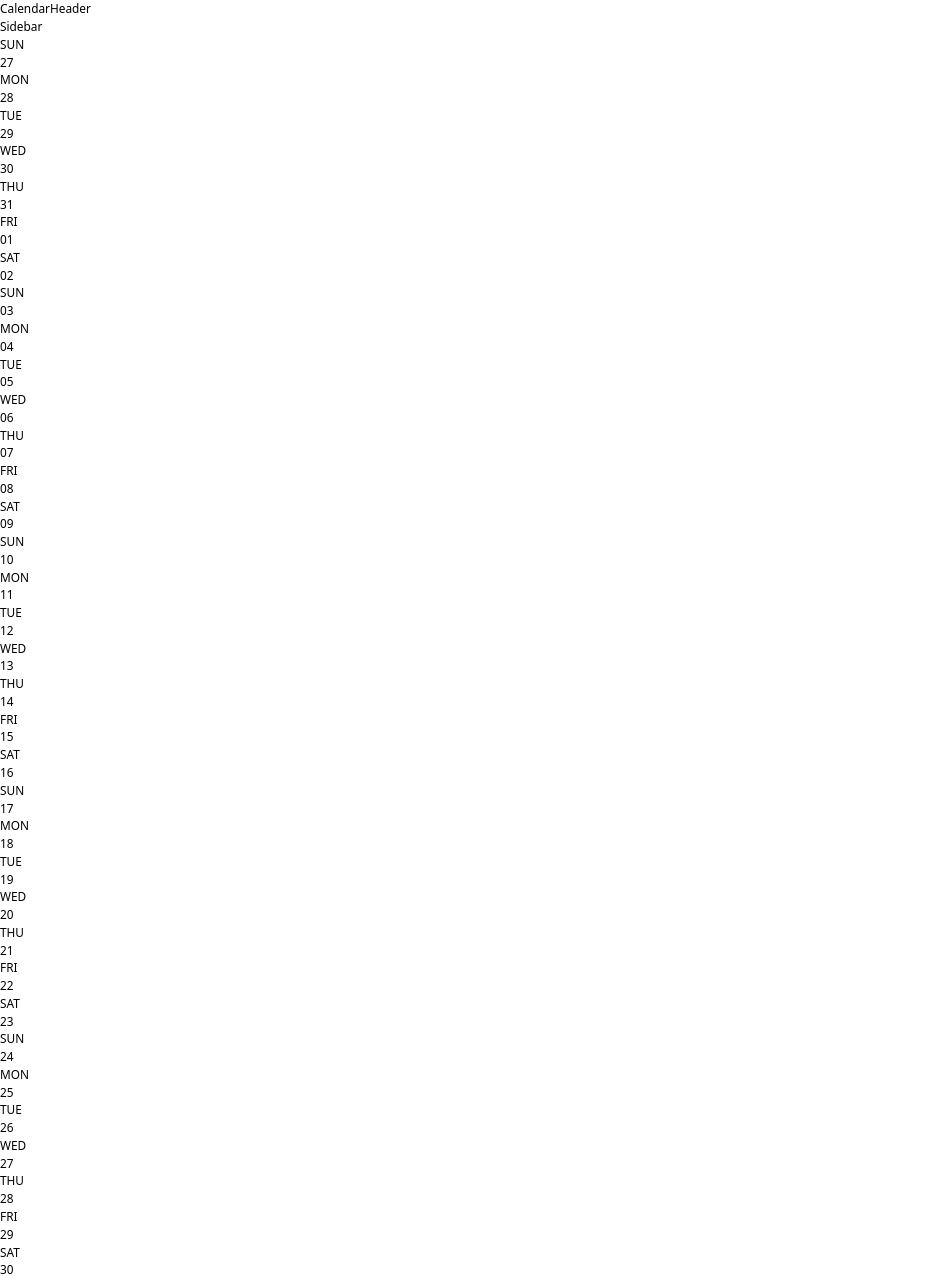
Repository: woojinShim/Google-Calendar-Clone
Page: /
The author's editor kept a copy of each file at every save. The page is drawn from the files as they stood at one save, then again after the next save.
The browser window is 1280 px wide. The pictures show the whole page, at 74% of full size.
The project was rebuilt for these pictures with package versions that can differ from the ones it lists, and the page was loaded fresh each time. Also part of the build but not shown: src/App.css.

Above is the page before, as saved 2022-04-26 01:24:43.

### src/App.js
import React, { useState } from "react";
import "./App.css";
import { getMonth } from "./util";
import CalendarHeader from "./components/CalendarHeader";
import Sidebar from "./components/Sidebar";
import Month from "./components/Month";

function App() {
  const [currentMonth, setCurrentMonth] = useState(getMonth());

  return (
    <React.Fragment>
      <div className="h-screen flex flex-col">
        <CalendarHeader />
        <div className="flex flex-1">
          <Sidebar />
          <Month month={currentMonth} />
        </div>
      </div>
    </React.Fragment>
  );
}

export default App;

### src/util.js
import dayjs from "dayjs";

export function getMonth(month = dayjs().month()) {
  const year = dayjs().year();
  const firstDayOfTheMonth = dayjs(new Date(year, month, 1)).day();
  let currentMonthCount = 0 - firstDayOfTheMonth;
  const daysMatrix = new Array(5).fill([]).map(() => {
    return new Array(7).fill(null).map(() => {
      currentMonthCount++;
      return dayjs(new Date(year, month, currentMonthCount));
    });
  });
  return daysMatrix;
}

### src/components/CalendarHeader.js
import React from "react";

export default function CalendarHeader() {
  return <div>CalendarHeader</div>;
}

### src/components/Day.js
import React from "react";

export default function Day({ day }) {
  return (
    <div className="border border-gray-200 flex flex-col">
      <header className="flex flex-col items-center">
        <p className="text-sm mt-1">{day.format("ddd").toUpperCase()}</p>
        <p className="text-sm p-1 my-1 text-center">{day.format("DD")}</p>
      </header>
    </div>
  );
}

Loaded but not shown: public/index.html (common file); src/index.js (common file); src/index.css (common file); src/reportWebVitals.js (common file); src/components/Sidebar.js (common file); src/components/Month.js (common file); tailwind.config.js (common file)

After the next save:
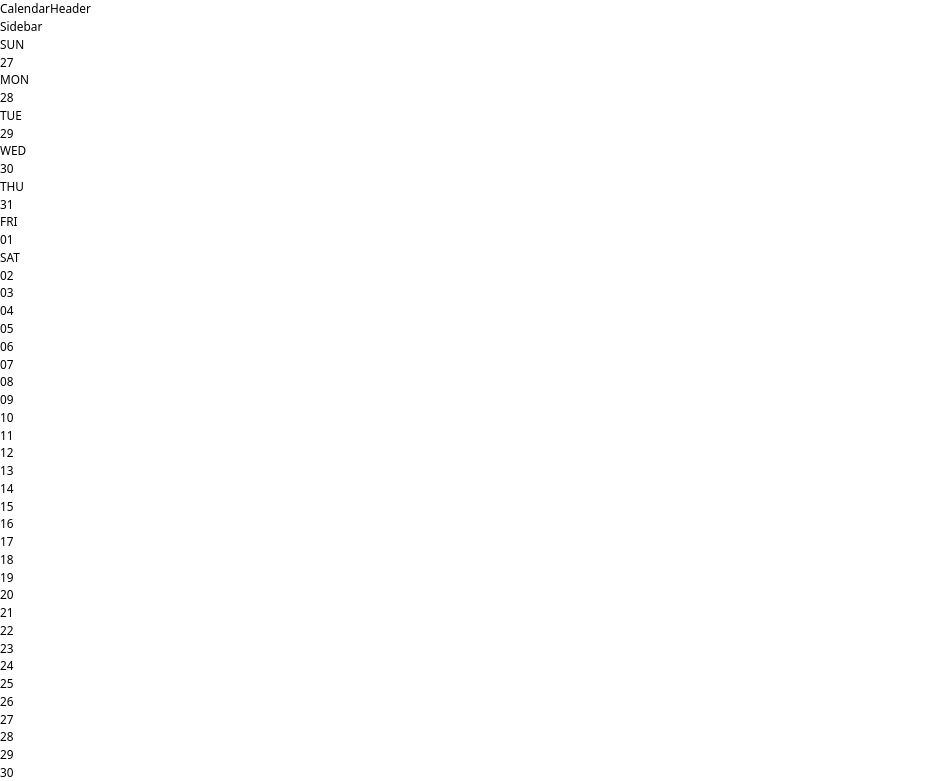
Saved 26 min 46 s later.
--- a/src/components/Day.js
+++ b/src/components/Day.js
@@ -1,10 +1,13 @@
 import React from "react";
 
-export default function Day({ day }) {
+export default function Day({ day, rowIdx }) {
   return (
     <div className="border border-gray-200 flex flex-col">
       <header className="flex flex-col items-center">
-        <p className="text-sm mt-1">{day.format("ddd").toUpperCase()}</p>
+        {rowIdx === 0 && (
+          <p className="text-sm mt-1">{day.format("ddd").toUpperCase()}</p>
+        )}
+
         <p className="text-sm p-1 my-1 text-center">{day.format("DD")}</p>
       </header>
     </div>
